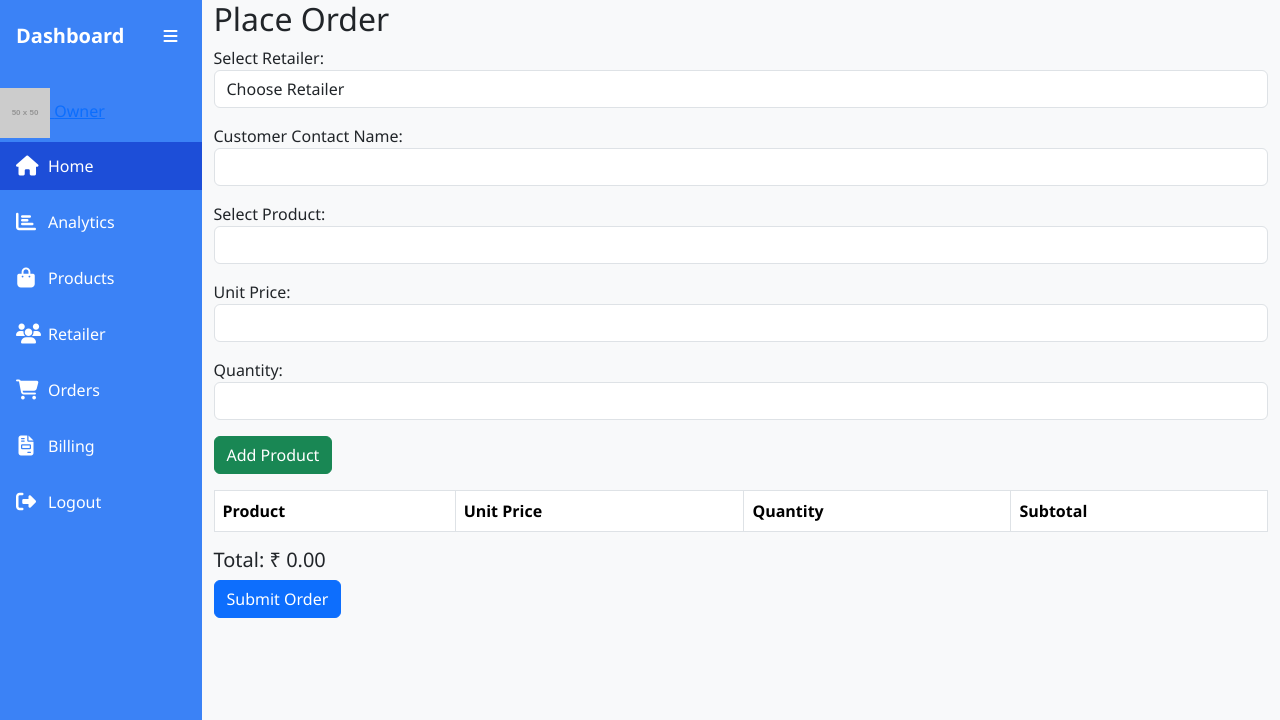
Repository: AditiAjitSalvi/Inventory_Managment
Page: http://localhost/Paper_inventory/Order.jsp
An editor plug-in stored every save of this project. The page is shown before and after the next save, followed by the edit.
The browser window is 1280 px wide. The pictures show the whole page.
The page is served by Tomcat 9. Queries for data that is not in the repository find no rows.

Above is the page before, as saved 2025-06-02 17:35:22.
Console error: TypeError: Cannot read properties of null (reading 'getContext')

After the next save:
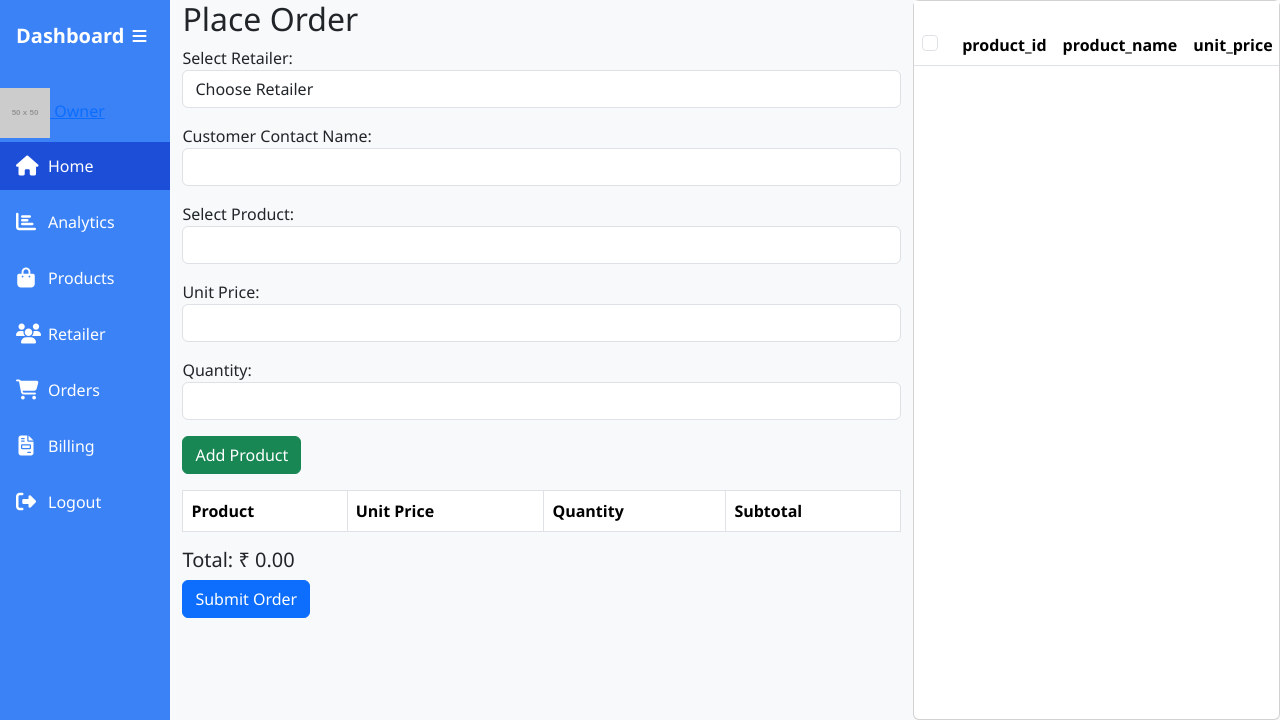
Saved 50 s later.
--- a/Paper_inventory/Paper_inventory/src/main/webapp/Order.jsp
+++ b/Paper_inventory/Paper_inventory/src/main/webapp/Order.jsp
@@ -404,7 +404,95 @@ body {
 
 		</div>
 
-
+<div class="card">
+					<div class="card-body p-0">
+						<div class="table-responsive">
+							<table class="table customer-table mb-0">
+								<thead>
+									<tr>
+										<th>
+											<div class="form-check">
+												<input class="form-check-input" type="checkbox"
+													id="selectAll"> <label class="form-check-label"
+													for="selectAll"></label>
+											</div>
+										</th>
+										<th>product_id</th>
+										<th>product_name</th>
+										<th>unit_price</th>
+										<th>quantity_in_stock</th>
+										<th>Stock Status</th>
+
+									</tr>
+								</thead>
+								<tbody>
+									<%
+									Connection conn = null;
+									Statement stmt = null;
+									ResultSet rs = null;
+
+									String driverNm = "com.mysql.cj.jdbc.Driver";
+									String url = "jdbc:mysql://localhost:3307/inventory";
+
+									try {
+										Class.forName(driverNm);
+										conn = DriverManager.getConnection(url, "root", "");
+										stmt = conn.createStatement();
+										rs = stmt.executeQuery("SELECT * FROM products");
+
+										while (rs.next()) {
+									%>
+									<tr>
+										<td>
+											<div class="form-check">
+												<input class="form-check-input" type="checkbox">
+											</div>
+										</td>
+										<td><%=rs.getString("product_id")%></td>
+										<td><%=rs.getString("product_name")%></td>
+										<td><%=rs.getString("unit_price")%></td>
+										<td><%=rs.getInt("quantity_in_stock") %></td>
+										<td><%
+										int quantity = rs.getInt("quantity_in_stock");
+										if (quantity < 50) {
+										%>
+										<span class="status inactive">Low Stock</span>
+										<%
+										} else {
+										%>
+										<span class="status active">In Stock</span>
+										<%
+										}
+										%></td>
+									</tr>
+									<%
+									}
+									} catch (Exception e) {
+									out.println("Error: " + e.getMessage());
+									} finally {
+									try {
+									if (rs != null)
+										rs.close();
+									} catch (Exception e) {
+									}
+									try {
+									if (stmt != null)
+										stmt.close();
+									} catch (Exception e) {
+									}
+									try {
+									if (conn != null)
+										conn.close();
+									} catch (Exception e) {
+									}
+									}
+									%>
+
+								</tbody>
+							</table>
+						</div>
+					</div>
+				</div>
 		<!-- Bootstrap JS -->
 		<script
 			src="https://cdn.jsdelivr.net/npm/bootstrap@5.3.2/dist/js/bootstrap.bundle.min.js"></script>
